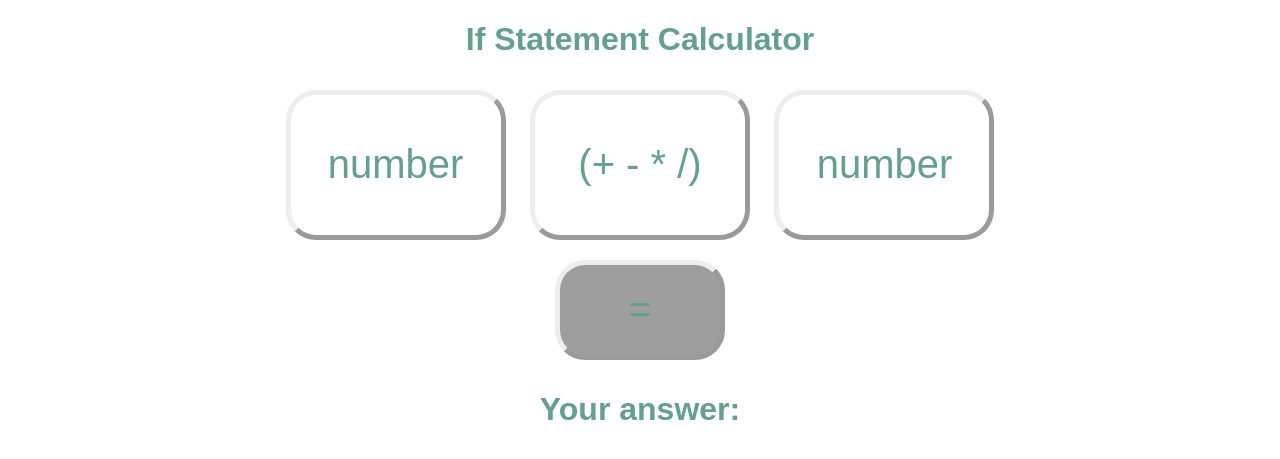
Repository: WesleyErasmus/threeInputCalculator
Page: html/if-calculator.html
The author's editor kept a copy of each file at every save. The page is drawn from the files as they stood at one save, then again after the next save.
The browser window is 1280 px wide. The pictures show the whole page.

Above is the page before, as saved 2022-04-27 22:41:46.

### html/if-calculator.html
<!DOCTYPE html>
<html lang="en">
<head>
    <meta charset="UTF-8">
    <meta http-equiv="X-UA-Compatible" content="IE=edge">
    <meta name="viewport" content="width=device-width, initial-scale=1.0">
    <title>JS If Calculator</title>
    <link rel="stylesheet" href="/css/stylesheet.css">
    <script src="/js/if-calculator.js"></script>
</head>
<body>

<center>
    <form onsubmit="return false;">
        <h1>If Statement Calculator</h1>
         <input id="input1" type="text" name = "input1" placeholder="number"> <!-- input-1 -->
         <input id="input3" type="text" name = "input3" placeholder="(+ - * /)"> <!-- input-3 (operator) -->
         <input id="input2" type="text" name = "input2" placeholder="number"> <!-- input-2 -->
        <div>
         <button onclick="sum()">=</button>
        </div>
         <h1>Your answer:</h1>
         <p id="output"></p>
    </form>
</center>
</body>
</html>

### css/stylesheet.css
body {
font-family: sans-serif;
}
h1 {
    color: #659f8f;
}
form {
display: block;
margin: 0 auto;
}
input {
    /* background-color: #9e9e9e; */
    width: 170px;
    height: 100px;
    padding: 20px;
    margin: 10px;
    text-align: center;
    font-size: 40px;
    border-radius: 30px;
    border: 5px outset;
}
button {
    background-color: #9e9e9e;
    color: #659f8f;
    width: 170px;
    height: 100px;
    padding: 0;
    margin: 10px;
    font-size: 40px;
    border-radius: 30px;
    border: 5px outset;
}
p {
    text-align: center;
    margin: 10px;
    padding: 20px;
    font-size: 75px;
    border-radius: 10px;
    color: #d5613a;
}
::placeholder {
    color: #659f8f;
}

### js/if-calculator.js
function sum() {
const num1 = document.getElementById("input1").value;
const num2 = document.getElementById("input2").value;
const operator = document.getElementById("input3").value;
const output = document.getElementById("output").value;
  let answer;
  document.getElementById("output").value;
  if (operator == '+') {
    answer = +num1 + +num2;
    document.getElementById("output").innerHTML = answer;
  } else if (operator == '-') {
    answer = num1 - num2;
    document.getElementById("output").innerHTML = answer;
  } else if (operator == '*') {
    answer = num1 * num2;
    document.getElementById("output").innerHTML = answer;
  } else {
    answer = num1 / num2;
    document.getElementById("output").innerHTML = answer;
  }console.log(answer);
}

After the next save:
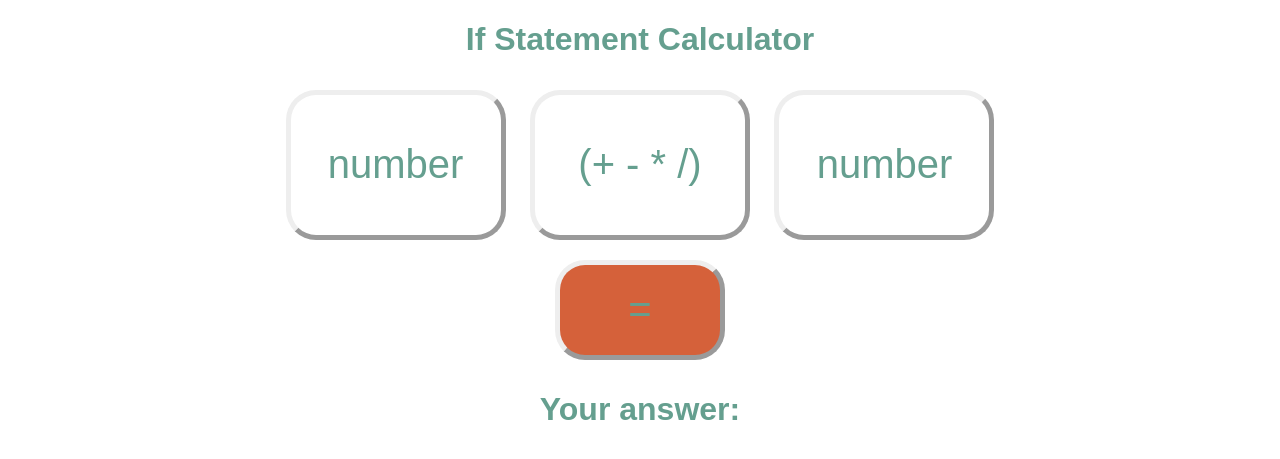
Saved 17 s later.
--- a/css/stylesheet.css
+++ b/css/stylesheet.css
@@ -20,7 +20,7 @@ input {
     border: 5px outset;
 }
 button {
-    background-color: #9e9e9e;
+    background-color: #d5613a;
     color: #659f8f;
     width: 170px;
     height: 100px;
